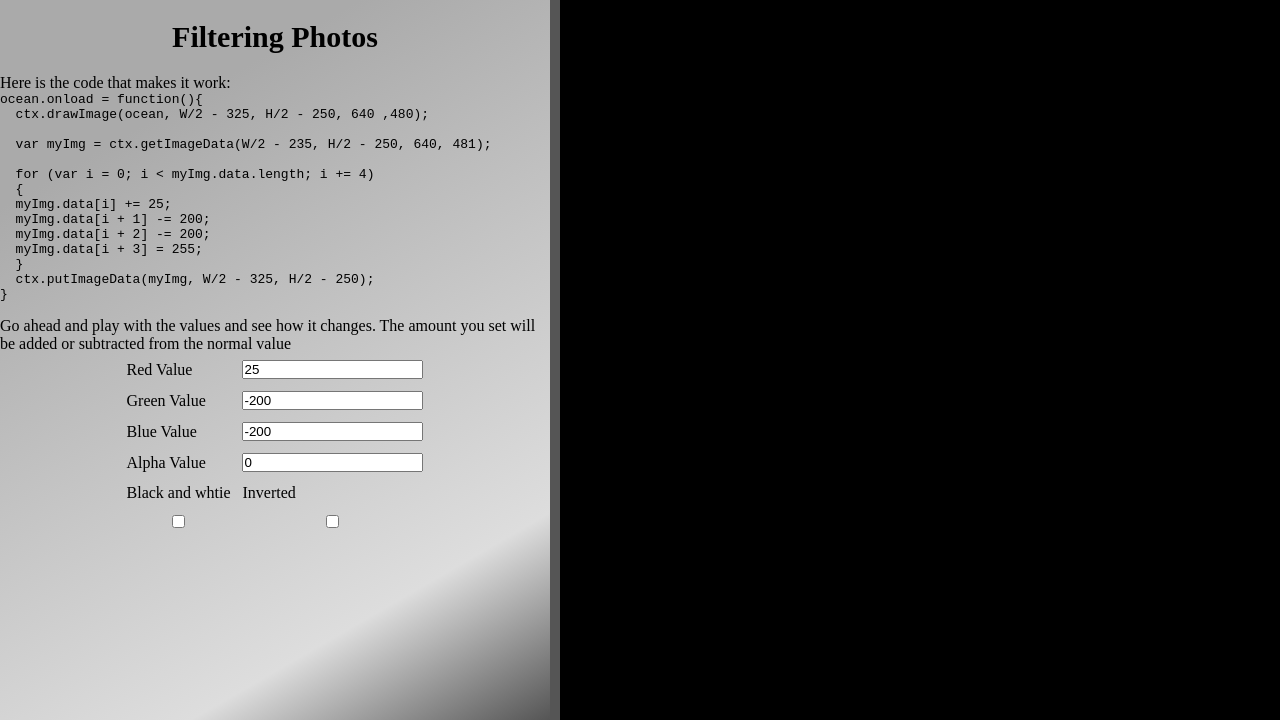
Repository: tourn171/canvasBlogAssets
Page: Chapter1/Section2/examples/imgaltered.html
The author's editor kept a record of every edit. The page is drawn from the files as they stood at one moment, then again after the next edit.
The browser window is 1280 px wide. The pictures show the whole page.

Above is the page before.
Console error: TypeError: Cannot read properties of null (reading 'addEventListener')

After the next edit:
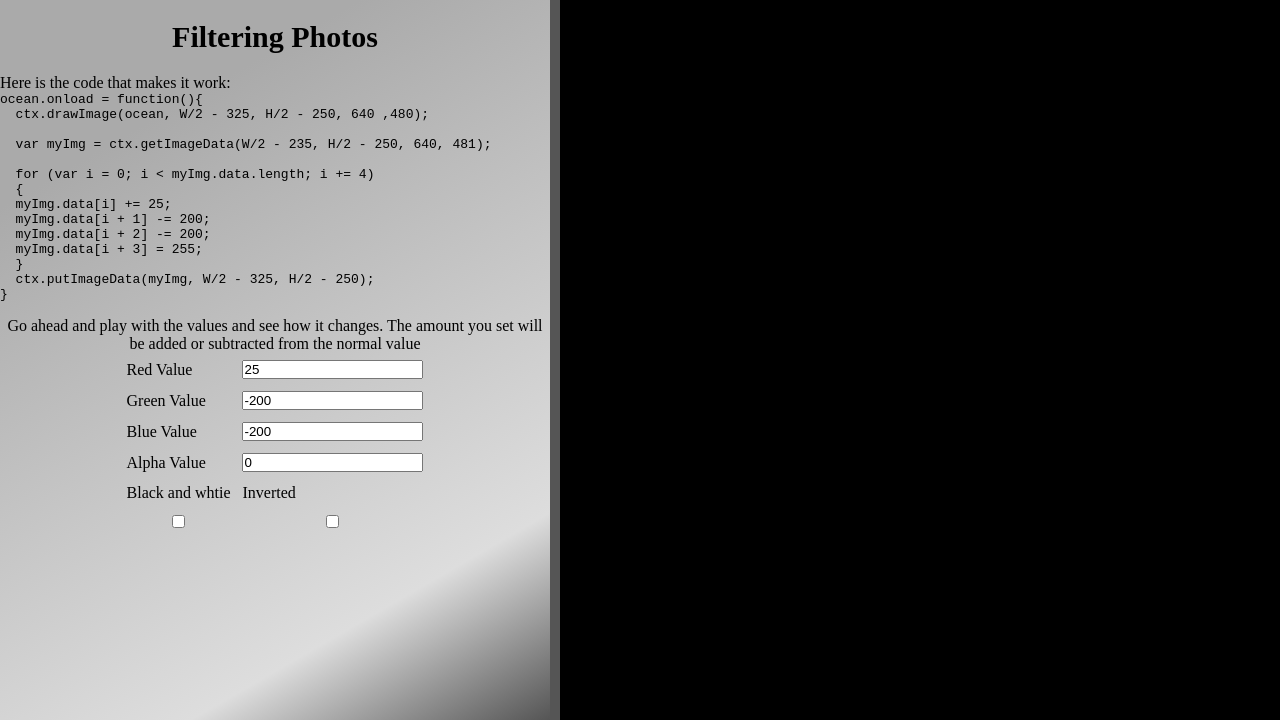
The edit:
--- a/Chapter1/Section2/examples/main.css
+++ b/Chapter1/Section2/examples/main.css
@@ -29,6 +29,10 @@
     font-size: 14px;
 }
 
+.centered{
+    text-align: center;
+}
+
 table{
     margin: 0 auto;
 }
